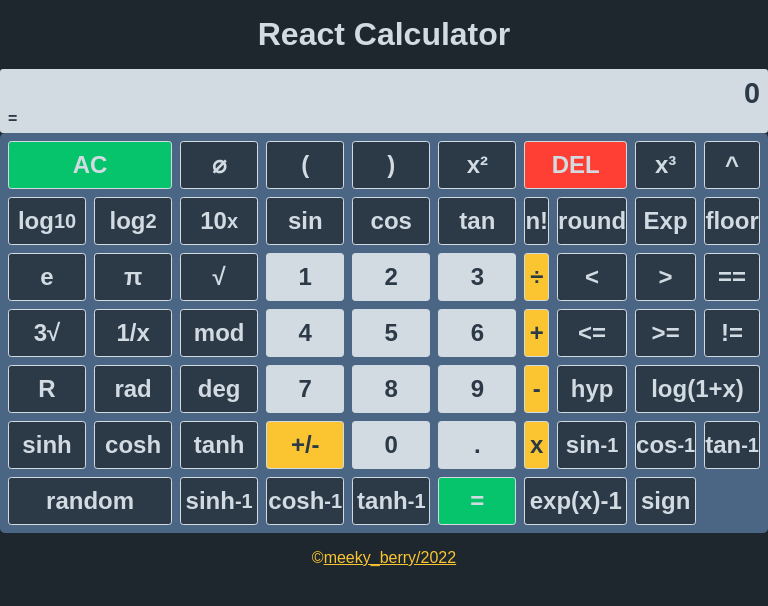
Repository: MikkyPrestige/calculator
Page: /
An editor plug-in stored every save of this project. The page is shown before and after the next save, followed by the edit.
The browser window is 768 px wide. The pictures show the whole page.
The project was rebuilt for these pictures with package versions that can differ from the ones it lists, and the page was loaded fresh each time.

Above is the page before, as saved 2022-11-18 05:31:57.

After the next save:
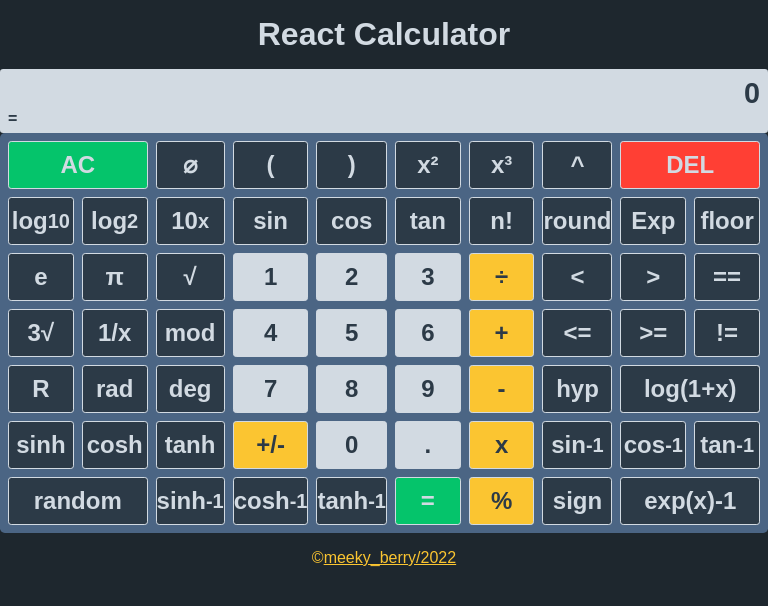
Saved 47 s later.
--- a/src/index.css
+++ b/src/index.css
@@ -323,9 +323,3 @@ body {
 .attribution a {
   color: #fbc531;
 }
-
-@media screen and (max-width: 900px) {
-.operators {
-  grid-template-columns: repeat(6, 1fr);
-}
-}
